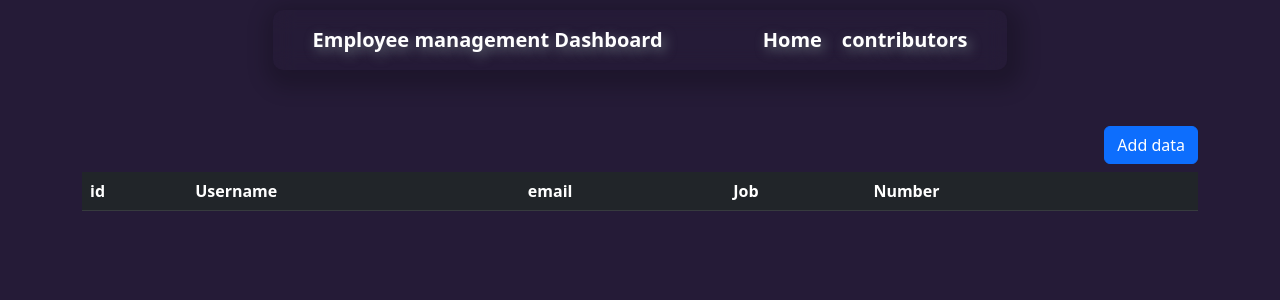
Repository: iamevs/Employee-Management-System
Page: /home (app in client/)
An editor plug-in stored every save of this project. The page is shown before and after the next save, followed by the edit.
The browser window is 1280 px wide. The pictures show the whole page.
The page's requests for data from a server got no answer. The project was rebuilt for these pictures with package versions that can differ from the ones it lists, and the page was loaded fresh each time. No one was signed in, and anything a server would have sent is missing. Also part of the build but not shown: client/vite.config.js, client/src/components/Register.jsx, client/src/components/Edit.jsx, client/src/components/Hero.jsx. Imported but missing from the stored project, and not drawn on this page: client/src/components/Details.

Above is the page before, as saved 2022-11-28 23:35:49.

### client/index.html
<html lang="en">
  <head>
    <meta charset="UTF-8" />
    <link rel="icon" type="image/svg+xml" href="/vite.svg" />
    <meta name="viewport" content="width=device-width, initial-scale=1.0" />
    <title>employee-management</title>
  </head>
  <body>
    <div id="root"></div>
    <script type="module" src="/src/main.jsx"></script>
  </body>
</html>

### client/src/main.jsx
import React, { StrictMode } from 'react';
import ReactDOM from 'react-dom';
import { createRoot } from "react-dom/client";
import './index.css';
import App from './App';
import { BrowserRouter } from "react-router-dom"
import ContextProvider from "./components/context/ContextProvider";
// root.render(
//   <StrictMode>
//   <ContextProvider>
//     <BrowserRouter>
//       <App />
//     </BrowserRouter>
//   </ContextProvider>
//   </StrictMode>
//   ,
//   document.getElementById('root')
// );


createRoot(document.getElementById('root')).render(
  <ContextProvider>
    <BrowserRouter>
      <App />
    </BrowserRouter>
  </ContextProvider>
)

### client/src/index.css
body {
  margin: 0;
  font-family: -apple-system, BlinkMacSystemFont, 'Segoe UI', 'Roboto', 'Oxygen',
    'Ubuntu', 'Cantarell', 'Fira Sans', 'Droid Sans', 'Helvetica Neue',
    sans-serif;
  -webkit-font-smoothing: antialiased;
  -moz-osx-font-smoothing: grayscale;
  background-color: #251B37 !important;
  color: #fff !important;
}

code {
  font-family: source-code-pro, Menlo, Monaco, Consolas, 'Courier New',
    monospace;
}

.btns{
  display: flex;
  justify-content: space-between;
}

### client/src/App.jsx
import './App.css';
import "../node_modules/bootstrap/dist/css/bootstrap.min.css"
import "../node_modules/bootstrap/dist/js/bootstrap.bundle.min.js"
import Navbar from './components/Navbar';
import Home from './components/Home';
import Register from './components/Register';
import Edit from './components/Edit';
import Details from './components/Details';
import Hero from "./components/Hero.jsx";
import {Routes,Route} from "react-router-dom"




function App() {
  return (
   <>
    <Navbar />
    <Routes>
      <Route path="/" element={<Hero/>} />
      <Route  path="/home" element={<Home/>} />
      <Route exact path="/register" element={<Register/>} />
      <Route exact path="/edit/:id" element={<Edit/>} />
      <Route exact path="/view/:id" element={<Details/>} />
    </Routes>

   </>
  );
}

export default App;

### client/src/components/context/ContextProvider.jsx
import React, { createContext, useState } from 'react'


export const adddata = createContext("");
export const updatedata = createContext("");
export const deldata = createContext("");

const ContextProvider = ({ children }) => {

    const [udata, setUdata] = useState("");
    const [updata, setUPdata] = useState("");
    const [dltdata, setDLTdata] = useState("");


    return (
        <adddata.Provider value={{ udata, setUdata }}>
            <updatedata.Provider value={{ updata, setUPdata }}>
                <deldata.Provider value={{dltdata, setDLTdata}}>
                    {children}
                </deldata.Provider>

            </updatedata.Provider>

        </adddata.Provider>
    )
}

export default ContextProvider;

### client/src/App.css
.add_btn{
  text-align: right;
}

.container{
  overflow: auto;
}

.left_view h3{
  font-size: 21px;
}

.left_view p{
  font-weight: 600;
}

.left_view span{
  font-weight: 400;
}

.right_view p{
  font-weight: 600;
}


.right_view span{
  font-weight: 400;
}

### client/src/components/Navbar.jsx
import React from 'react'
import { NavLink } from 'react-router-dom'
import { Box, Stack } from "@mui/material";


const Navbar = () => {
    return (
        <Stack justifyContent={"center"} direction={"row"} marginTop={"10px"}>
            <Box justifyContent={"space-between"} className="navbar navbar-expand-lg text-white" sx={{
                backgroundColor: "transparent",
                backdropFilter: "blur(10px) !important",
                position: "relative",
                color: "white",
                boxShadow: "4px 7px 20px 11px rgb(0 0 0 / 20%)",
                height: "60px",
                padding: "0 40px 0 40px",
                width: "auto",
                borderRadius: "10px"
            }}>
                <Box sx={{
                    fontSize: "20px",
                    textShadow: "3px 4px 12px #6c757d",
                    fontWeight: "bold",
                    marginRight: "100px"
                }}>Employee management Dashboard</Box>
                <Box direction={"row"}>
                    <a href="/home" style={{
                        color: "white",
                        fontSize: "20px",
                        textShadow: "3px 4px 12px #6c757d",
                        fontWeight: "bold",
                        textDecoration: "none",
                    }}>Home</a>
                    <a href="/" style={{
                        color: "white",
                        fontSize: "20px",
                        textShadow: "3px 4px 12px #6c757d",
                        fontWeight: "bold",
                        textDecoration: "none",
                        marginLeft: "20px"
                    }}>contributors</a>

                </Box>
            </Box>
        </Stack>
    )
}

export default Navbar

### client/src/components/Home.jsx
import React, { useState, useEffect, useContext } from 'react'
import RemoveRedEyeIcon from '@mui/icons-material/RemoveRedEye';
import CreateIcon from '@mui/icons-material/Create';
import DeleteOutlineIcon from '@mui/icons-material/DeleteOutline';
import { NavLink } from 'react-router-dom';
import { adddata, deldata } from './context/ContextProvider';
import { updatedata } from './context/ContextProvider'

var getuserlink = "http://localhost:8001/getusers";


const Home = () => {

    const [getuserdata, setUserdata] = useState([]);

    console.log(getuserdata);

    const { udata, setUdata } = useContext(adddata);

    const {updata, setUPdata} = useContext(updatedata);

    const {dltdata, setDLTdata} = useContext(deldata);

    const getdata = async () => {

        const res = await fetch(getuserlink, {
            method: "GET",
            headers: {
                "Content-Type": "application/json"
            }
        });

        const data = await res.json();
        console.log(data);

        if (res.status === 422 || !data) {
            console.log("error ");

        } else {
            setUserdata(data)
            console.log("get data");

        }
    }

    useEffect(() => {
        getdata();
    }, [])

    const deleteuser = async (id) => {

        const res2 = await fetch(`/deleteuser/${id}`, {
            method: "DELETE",
            headers: {
                "Content-Type": "application/json"
            }
        });

        const deletedata = await res2.json();
        console.log(deletedata);

        if (res2.status === 422 || !deletedata) {
            console.log("error");
        } else {
            console.log("user deleted");
            setDLTdata(deletedata)
            getdata();
        }

    }


    return (

        <>
            {
                udata ?
                    <>
                        <div className="alert alert-success alert-dismissible fade show" role="alert">
                            <strong>{udata.name}</strong>  added succesfully!
                            <button type="button" className="btn-close" data-bs-dismiss="alert" aria-label="Close"></button>
                        </div>
                    </> : ""
            }
            {
                updata ?
                    <>
                        <div className="alert alert-success alert-dismissible fade show" role="alert">
                            <strong>{updata.name}</strong>  updated succesfully!
                            <button type="button" className="btn-close" data-bs-dismiss="alert" aria-label="Close"></button>
                        </div>
                    </> : ""
            }

            {
                dltdata ?
                    <>
                        <div className="alert alert-danger alert-dismissible fade show" role="alert">
                            <strong>{dltdata.name}</strong>  deleted succesfully!
                            <button type="button" className="btn-close" data-bs-dismiss="alert" aria-label="Close"></button>
                        </div>
                    </> : ""
            }


            <div className="mt-5">
                <div className="container">
                    <div className="add_btn mt-2 mb-2">
                        <NavLink to="/register" className="btn btn-primary">Add data</NavLink>
                    </div>

                    <table class="table">
                        <thead>
                            <tr className="table-dark">
                                <th scope="col">id</th>
                                <th scope="col">Username</th>
                                <th scope="col">email</th>
                                <th scope="col">Job</th>
                                <th scope="col">Number</th>
                                <th scope="col"></th>
                            </tr>
                        </thead>
                        <tbody>

                            {
                                getuserdata.map((val, ind) => {
                                    return (
                                        <tr>
                                            <th scope="row">{ind + 1}</th>
                                            <td>{val.name}</td>
                                            <td>{val.email}</td>
                                            <td>{val.work}</td>
                                            <td>{val.mobile}</td>
                                            <td className='btns'>
                                                <NavLink to={`/view/${val._id}`} className="btn btn-primary"><RemoveRedEyeIcon /></NavLink>
                                                <NavLink to={`/update/${val._id}`} className="btn btn-success"><CreateIcon /></NavLink>
                                                <button onClick={() => deleteuser(val._id)} className="btn btn-danger"><DeleteOutlineIcon /></button>
                                            </td>
                                        </tr>
                                    )
                                })
                            }
                        </tbody>
                    </table>


                </div>
            </div>
        </>
    )
}

export default Home

After the next save:
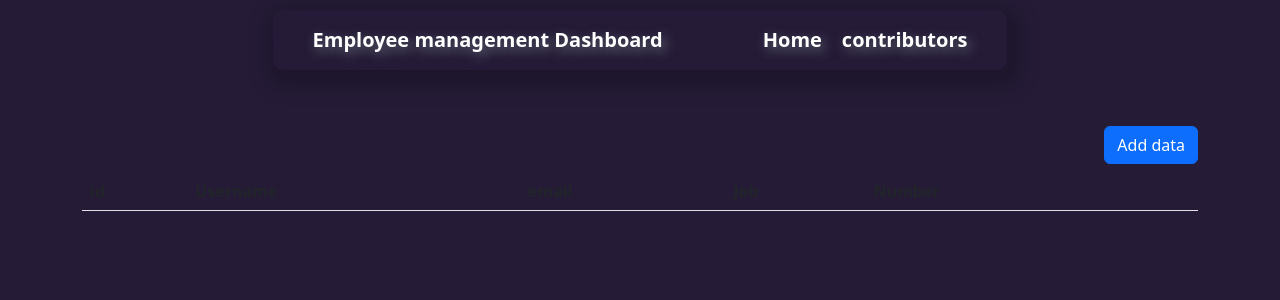
Saved 2 min 5 s later.
--- a/client/src/components/Home.jsx
+++ b/client/src/components/Home.jsx
@@ -111,7 +111,7 @@ const Home = () => {
 
                     <table class="table">
                         <thead>
-                            <tr className="table-dark">
+                            <tr className="table">
                                 <th scope="col">id</th>
                                 <th scope="col">Username</th>
                                 <th scope="col">email</th>
